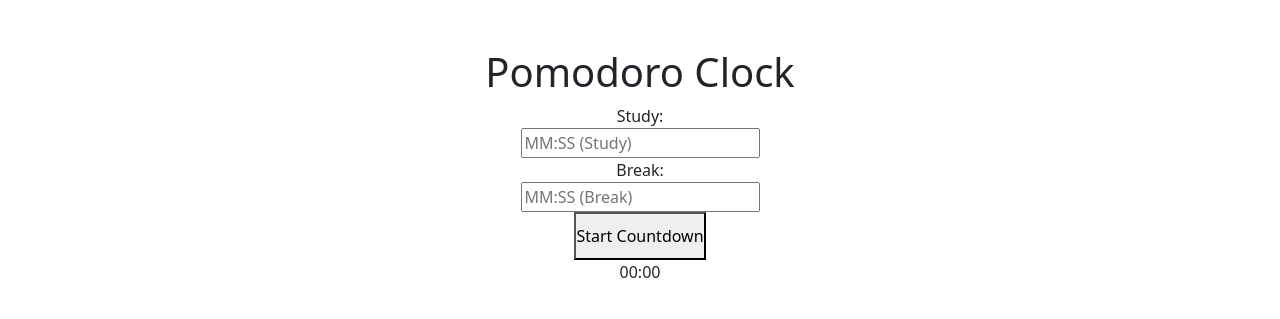
Repository: jobid0212/pomodoro-clock
Page: http://localhost/
These files come from the project's save history. The page is drawn as it stood at one moment and after the next save; the edit follows.
The browser window is 1280 px wide. The pictures show the whole page.
The page is served by the project's application, run on Flask 3 (app.py).

Above is the page before, as saved 2026-02-06 18:54:13.

After the next save:
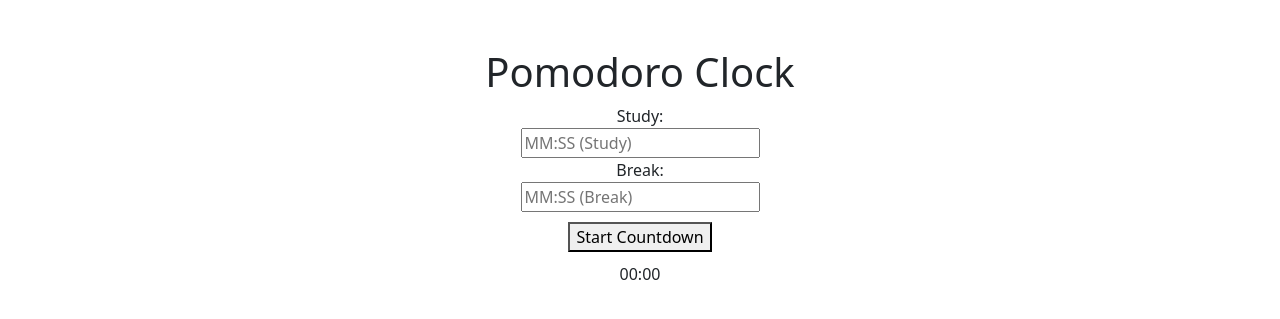
Saved 51 s later.
--- a/static/css/styles.css
+++ b/static/css/styles.css
@@ -3,5 +3,5 @@
 }
 
 #start-button {
-    padding: 10px 0; /* 10px top/botton 0px left/right */
+    margin: 10px 0; /* 10px top/botton 0px left/right */
 }
